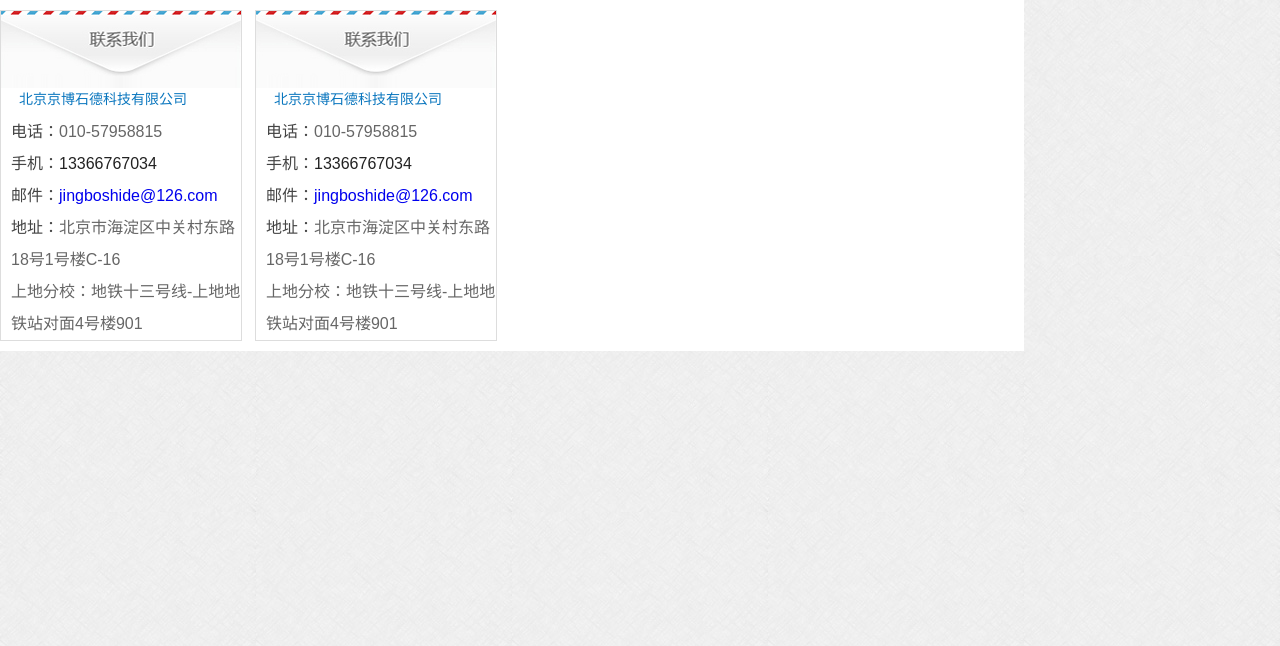
Repository: wzhcxw/shop
Page: ShopOnline/WebContent/about.html
The author's editor kept a copy of each file at every save. The page is drawn from the files as they stood at one save, then again after the next save.
The browser window is 1280 px wide. The pictures show the whole page.

Above is the page before, as saved 2014-10-03 04:48:36.

After the next save:
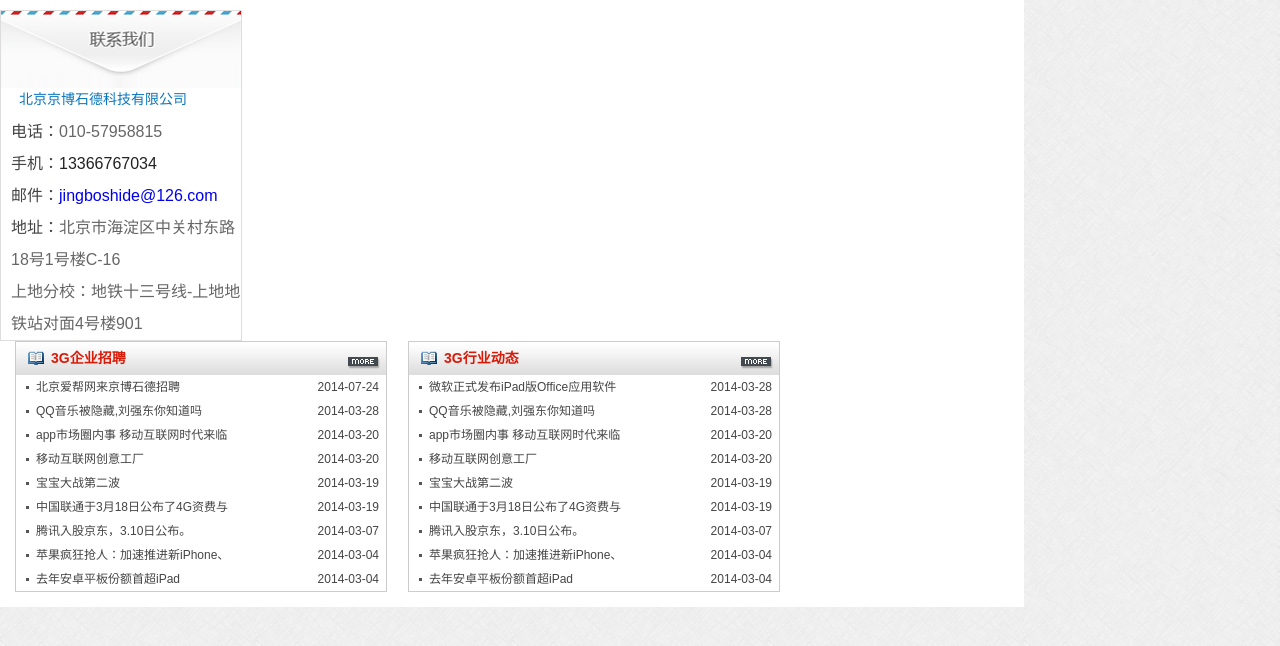
Saved 10 min 7 s later.
--- a/ShopOnline/WebContent/about.html
+++ b/ShopOnline/WebContent/about.html
@@ -35,15 +35,43 @@
 				</div>
 
 				<div class="right_frame">
-					    			 <div class="a_4"> <img src="./static/images/lxwm.jpg"  height="77" />
-					     <span style="font-size: 14px;">北京京博石德科技有限公司</span>
-							<p>
-							<font color="#444444">电话：</font>010-57958815<br />
-							<font color="#444444">手机：</font><font color="#222222">13366767034</font><br />
-							<font color="#444444">邮件：</font><a href="mailto:jingboshide@126.com">jingboshide@126.com</a><br />
-							<font color="#444444">地址：</font>北京市海淀区中关村东路18号1号楼C-16<br />
-							上地分校：地铁十三号线-上地地铁站对面4号楼901</p>
-				      </div>
+			      <div class="b1">
+			        <dl class="b11">
+			          <dt><img src="./static/images/s1.jpg" width="16" height="14" />3G企业招聘</dt>
+			          <dd><a href="/?c=news&catid=26"><img src="./static/images/more.jpg" width="32" height="12" /></a></dd>
+			        </dl>
+			        <ul>
+			        	          <li><a href="/?c=news&m=view&id=217">北京爱帮网来京博石德招聘</a><span>2014-07-24</span></li>
+			                    <li><a href="/?c=news&m=view&id=202">QQ音乐被隐藏,刘强东你知道吗</a><span>2014-03-28</span></li>
+			                    <li><a href="/?c=news&m=view&id=199">app市场圈内事 移动互联网时代来临了</a><span>2014-03-20</span></li>
+			                    <li><a href="/?c=news&m=view&id=198">移动互联网创意工厂</a><span>2014-03-20</span></li>
+			                    <li><a href="/?c=news&m=view&id=197">宝宝大战第二波</a><span>2014-03-19</span></li>
+			                    <li><a href="/?c=news&m=view&id=196">中国联通于3月18日公布了4G资费与终端策�</a><span>2014-03-19</span></li>
+			                    <li><a href="/?c=news&m=view&id=195">腾讯入股京东，3.10日公布。</a><span>2014-03-07</span></li>
+			                    <li><a href="/?c=news&m=view&id=194">苹果疯狂抢人：加速推进新iPhone、iPad</a><span>2014-03-04</span></li>
+			                    <li><a href="/?c=news&m=view&id=193">去年安卓平板份额首超iPad</a><span>2014-03-04</span></li>
+
+			                  </ul>
+			      </div>
+
+
+			      <div class="b1" style=" margin-left:11px; display:inline;">
+			        <dl class="b11">
+			          <dt><img src="./static/images/s1.jpg" width="16" height="14" />3G行业动态</dt>
+			          <dd><a href="/?c=news&catid=21"><img src="./static/images/more.jpg" width="32" height="12" /></a></dd>
+			        </dl>
+			        <ul>
+			        	          <li><a href="/?c=news&m=view&id=203">微软正式发布iPad版Office应用软件</a><span>2014-03-28</span></li>
+			                    <li><a href="/?c=news&m=view&id=202">QQ音乐被隐藏,刘强东你知道吗</a><span>2014-03-28</span></li>
+			                    <li><a href="/?c=news&m=view&id=199">app市场圈内事 移动互联网时代来临了</a><span>2014-03-20</span></li>
+			                    <li><a href="/?c=news&m=view&id=198">移动互联网创意工厂</a><span>2014-03-20</span></li>
+			                    <li><a href="/?c=news&m=view&id=197">宝宝大战第二波</a><span>2014-03-19</span></li>
+			                    <li><a href="/?c=news&m=view&id=196">中国联通于3月18日公布了4G资费与终端策�</a><span>2014-03-19</span></li>
+			                    <li><a href="/?c=news&m=view&id=195">腾讯入股京东，3.10日公布。</a><span>2014-03-07</span></li>
+			                    <li><a href="/?c=news&m=view&id=194">苹果疯狂抢人：加速推进新iPhone、iPad</a><span>2014-03-04</span></li>
+			                    <li><a href="/?c=news&m=view&id=193">去年安卓平板份额首超iPad</a><span>2014-03-04</span></li>
+			                  </ul>
+			      </div>
 				</div>
 
 			</div>
